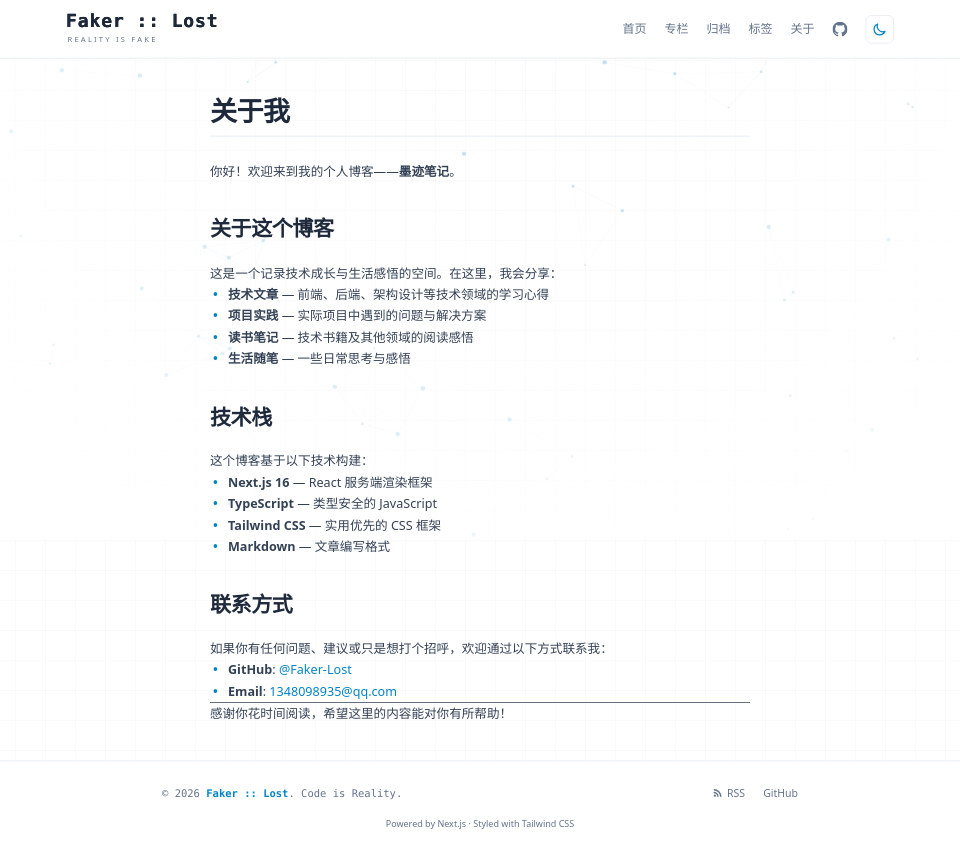
Repository: Faker-Lost/my-blog
Page: /about
The author's editor kept a copy of each file at every save. The page is drawn from the files as they stood at one save, then again after the next save.
The browser window is 1280 px wide. The pictures show the whole page, at 75% of full size.
The project was rebuilt for these pictures with package versions that can differ from the ones it lists, and the page was loaded fresh each time. The framework's server and built-in components were replaced by stand-ins that run in the browser. Also part of the build but not shown: next.config.ts.

Above is the page before, as saved 2026-02-10 15:09:22.

### app/layout.tsx
import type { Metadata } from "next";
import Header from "@/components/Header";
import Footer from "@/components/Footer";
import ParticleBackground from "@/components/ParticleBackground";
import { SpeedInsights } from "@vercel/speed-insights/next";
import "./globals.css";

export const metadata: Metadata = {
  title: {
    default: "Faker :: Lost",
    template: "%s | Faker :: Lost",
  },
  description: "Code is Reality. Reality is Fake. 技术探索与迷失记录。",
  keywords: ["Faker-Lost", "博客", "技术", "C++", "Qt", "OpenCV"],
  authors: [{ name: "Faker-Lost" }],
  openGraph: {
    type: "website",
    locale: "zh_CN",
    siteName: "Faker :: Lost",
  },
  verification: {
    other: {
      "baidu-site-verification": "codeva-wALds0TuPo",
    },
  },
};

export default function RootLayout({
  children,
}: Readonly<{
  children: React.ReactNode;
}>) {
  return (
    <html lang="zh-CN" suppressHydrationWarning>
      <head>
        {/* 防止 FOUC - 提前应用主题 */}
        <script
          dangerouslySetInnerHTML={{
            __html: `
              (function() {
                try {
                  var darkMode = localStorage.getItem('darkMode');
                  if (darkMode === 'true' || (!darkMode && window.matchMedia('(prefers-color-scheme: dark)').matches)) {
                    document.documentElement.classList.add('dark');
                  }
                } catch (e) {}
              })();
            `,
          }}
        />
      </head>
      <body className="min-h-screen flex flex-col relative">
        <ParticleBackground />
        <Header />
        <main className="flex-1">
          {children}
        </main>
        <Footer />
        <SpeedInsights />
      </body>
    </html>
  );
}

### app/about/page.tsx
import { Metadata } from 'next';

export const metadata: Metadata = {
  title: '关于',
  description: '了解更多关于我和这个博客的信息',
};

export default function AboutPage() {
  return (
    <div className="max-w-3xl mx-auto px-6 py-12 page-transition">
      <article className="prose">
        <h1>关于我</h1>

        <p>
          你好！欢迎来到我的个人博客——<strong>墨迹笔记</strong>。
        </p>

        <h2>关于这个博客</h2>

        <p>
          这是一个记录技术成长与生活感悟的空间。在这里，我会分享：
        </p>

        <ul>
          <li><strong>技术文章</strong> — 前端、后端、架构设计等技术领域的学习心得</li>
          <li><strong>项目实践</strong> — 实际项目中遇到的问题与解决方案</li>
          <li><strong>读书笔记</strong> — 技术书籍及其他领域的阅读感悟</li>
          <li><strong>生活随笔</strong> — 一些日常思考与感悟</li>
        </ul>

        <h2>技术栈</h2>

        <p>
          这个博客基于以下技术构建：
        </p>

        <ul>
          <li><strong>Next.js 16</strong> — React 服务端渲染框架</li>
          <li><strong>TypeScript</strong> — 类型安全的 JavaScript</li>
          <li><strong>Tailwind CSS</strong> — 实用优先的 CSS 框架</li>
          <li><strong>Markdown</strong> — 文章编写格式</li>
        </ul>

        <h2>联系方式</h2>

        <p>
          如果你有任何问题、建议或只是想打个招呼，欢迎通过以下方式联系我：
        </p>

        <ul>
          <li>
            <strong>GitHub</strong>:{' '}
            <a href="https://github.com/Faker-Lost" target="_blank" rel="noopener noreferrer">
              @Faker-Lost
            </a>
          </li>
          <li>
            <strong>Email</strong>: <a href="mailto:1348098935@qq.com">1348098935@qq.com</a>
          </li>
        </ul>

        <hr />

        <p>
          感谢你花时间阅读，希望这里的内容能对你有所帮助！
        </p>
      </article>
    </div>
  );
}

### components/Header.tsx
import Link from 'next/link';
import ThemeToggle from './ThemeToggle';
import GlitchText from './GlitchText';

export default function Header() {
  return (
    <header className="sticky top-0 z-50 border-b border-[var(--border)] bg-[var(--header-bg)] backdrop-blur-md supports-[backdrop-filter]:bg-opacity-60 transition-all duration-300">
      <div className="max-w-6xl mx-auto px-6 py-4 flex items-center justify-between">
        {/* Logo / 站点名称 */}
        <Link href="/" className="group flex flex-col items-start gap-1">
          <span
            className="text-2xl font-bold tracking-tighter text-[var(--foreground)]
                       group-hover:text-[var(--accent)] transition-colors leading-none font-mono"
          >
            <GlitchText text="Faker :: Lost" />
          </span>
          <span className="text-[10px] uppercase tracking-[0.3em] text-[var(--muted)] pl-0.5">
            REALITY IS FAKE
          </span>
        </Link>

        {/* 导航 */}
        <nav className="flex items-center gap-5 sm:gap-6">
          <Link
            href="/"
            className="text-[var(--muted)] hover:text-[var(--foreground)] transition-colors"
          >
            首页
          </Link>
          <Link
            href="/series"
            className="text-[var(--muted)] hover:text-[var(--foreground)] transition-colors"
          >
            专栏
          </Link>
          <Link
            href="/archive"
            className="text-[var(--muted)] hover:text-[var(--foreground)] transition-colors"
          >
            归档
          </Link>
          <Link
            href="/tags"
            className="text-[var(--muted)] hover:text-[var(--foreground)] transition-colors"
          >
            标签
          </Link>
          <Link
            href="/about"
            className="text-[var(--muted)] hover:text-[var(--foreground)] transition-colors"
          >
            关于
          </Link>
          <a
            href="https://github.com/Faker-Lost"
            target="_blank"
            rel="noopener noreferrer"
            className="text-[var(--muted)] hover:text-[var(--foreground)] transition-colors"
            aria-label="GitHub"
          >
            <svg className="w-5 h-5" fill="currentColor" viewBox="0 0 24 24">
              <path d="M12 0c-6.626 0-12 5.373-12 12 0 5.302 3.438 9.8 8.207 11.387.599.111.793-.261.793-.577v-2.234c-3.338.726-4.033-1.416-4.033-1.416-.546-1.387-1.333-1.756-1.333-1.756-1.089-.745.083-.729.083-.729 1.205.084 1.839 1.237 1.839 1.237 1.07 1.834 2.807 1.304 3.492.997.107-.775.418-1.305.762-1.604-2.665-.305-5.467-1.334-5.467-5.931 0-1.311.469-2.381 1.236-3.221-.124-.303-.535-1.524.117-3.176 0 0 1.008-.322 3.301 1.23.957-.266 1.983-.399 3.003-.404 1.02.005 2.047.138 3.006.404 2.291-1.552 3.297-1.23 3.297-1.23.653 1.653.242 2.874.118 3.176.77.84 1.235 1.911 1.235 3.221 0 4.609-2.807 5.624-5.479 5.921.43.372.823 1.102.823 2.222v3.293c0 .319.192.694.801.576 4.765-1.589 8.199-6.086 8.199-11.386 0-6.627-5.373-12-12-12z" />
            </svg>
          </a>
          <ThemeToggle />
        </nav>
      </div>
    </header>
  );
}

### components/Footer.tsx
import Link from 'next/link';

export default function Footer() {
  const currentYear = new Date().getFullYear();

  return (
    <footer className="border-t border-[var(--border)] bg-[var(--background)] mt-auto">
      <div className="max-w-4xl mx-auto px-6 py-8">
        <div className="flex flex-col md:flex-row items-center justify-between gap-4">
          {/* 版权信息 */}
          <p className="text-sm font-mono text-[var(--muted)]">
            © {currentYear} <span className="font-bold text-[var(--accent)]">Faker :: Lost</span>. Code is Reality.
          </p>

          {/* 链接 */}
          <div className="flex items-center gap-6 text-sm">
            <Link
              href="/rss.xml"
              className="text-[var(--muted)] hover:text-[var(--accent)] transition-colors flex items-center gap-1"
            >
              <svg className="w-4 h-4" fill="currentColor" viewBox="0 0 24 24">
                <path d="M6.18 15.64a2.18 2.18 0 0 1 2.18 2.18C8.36 19 7.38 20 6.18 20C5 20 4 19 4 17.82a2.18 2.18 0 0 1 2.18-2.18M4 4.44A15.56 15.56 0 0 1 19.56 20h-2.83A12.73 12.73 0 0 0 4 7.27V4.44m0 5.66a9.9 9.9 0 0 1 9.9 9.9h-2.83A7.07 7.07 0 0 0 4 12.93V10.1z" />
              </svg>
              RSS
            </Link>
            <a
              href="https://github.com"
              target="_blank"
              rel="noopener noreferrer"
              className="text-[var(--muted)] hover:text-[var(--accent)] transition-colors"
            >
              GitHub
            </a>
          </div>
        </div>

        {/* 技术栈标识 */}
        <p className="text-center text-xs text-[var(--muted)] mt-6">
          Powered by Next.js · Styled with Tailwind CSS
        </p>
      </div>
    </footer>
  );
}

### app/globals.css
@import "tailwindcss";

/* Enable class-based dark mode manually for v4 */
@custom-variant dark (&:where(.dark, .dark *));

:root {
  /* 浅色主题 - 现代极简 & 科技感 */
  --background: #ffffff;
  --foreground: #1e293b;
  /* Slate-800 */
  --accent: #0284c7;
  /* Sky-600 */
  --accent-glow: rgba(2, 132, 199, 0.4);
  --muted: #64748b;
  /* Slate-500 */
  --border: #e2e8f0;
  /* Slate-200 */
  --card: rgba(255, 255, 255, 0.8);
  /* 半透明白 */
  --header-bg: rgba(255, 255, 255, 0.75);
  --grid-color: rgba(0, 0, 0, 0.02);
  /* 极淡网格 */

  --font-sans: system-ui, -apple-system, BlinkMacSystemFont, 'Segoe UI', Roboto, 'Helvetica Neue', Arial, sans-serif;
  --font-mono: 'JetBrains Mono', 'Fira Code', Consolas, monospace;
}

@theme {
  --color-background: var(--background);
  --color-foreground: var(--foreground);
  --color-accent: var(--accent);
  --color-muted: var(--muted);
  --color-border: var(--border);
  --color-card: var(--card);
  --font-sans: var(--font-sans);
  --font-mono: var(--font-mono);
}

/* 暗黑主题 */
.dark {
  --background: #09090b;
  /* Zinc-950 */
  --foreground: #e2e8f0;
  /* Slate-200 */
  --accent: #22d3ee;
  /* Cyan-400 */
  --accent-glow: rgba(34, 211, 238, 0.3);
  --muted: #94a3b8;
  /* Slate-400 */
  --border: #27272a;
  /* Zinc-800 */
  --card: rgba(24, 24, 27, 0.6);
  --header-bg: rgba(9, 9, 11, 0.7);
  --grid-color: rgba(255, 255, 255, 0.02);
}

body {
  background-color: var(--background);
  /* 保留极淡的背景网格，作为唯一的主题特征 */
  background-image:
    linear-gradient(var(--grid-color) 1px, transparent 1px),
    linear-gradient(90deg, var(--grid-color) 1px, transparent 1px);
  background-size: 40px 40px;
  background-position: center top;

  color: var(--foreground);
  font-family: var(--font-sans);
  line-height: 1.7;
  transition: background-color 0.3s ease, color 0.3s ease;
  min-height: 100vh;
}

body::before {
  content: "";
  position: fixed;
  top: 0;
  left: 0;
  width: 100%;
  height: 100%;
  pointer-events: none;
  background: radial-gradient(circle at 50% 0%, transparent 0%, var(--background) 100%);
  z-index: -1;
}

/* 标题样式 - 回归经典，只保留字体特色 */
h1,
h2,
h3,
h4,
h5,
h6 {
  font-family: var(--font-mono);
  font-weight: 700;
  letter-spacing: -0.02em;
  color: var(--foreground);
}

/* Prose (文章内容) - 还原经典墨迹笔记排版 */
.prose {
  /* 颜色 */
  --tw-prose-body: #334155;
  --tw-prose-headings: #0f172a;
  --tw-prose-links: var(--accent);
  --tw-prose-code: var(--accent);
  --tw-prose-quotes: var(--muted);

  font-size: 1.05rem;
  max-width: none;
  font-weight: 450;
  color: var(--tw-prose-body);

  /* 无边框、无背景、纯净阅读 */
  background: transparent;
  padding: 0;
  border: none;
  border-radius: 0;
  box-shadow: none;
}

.dark .prose {
  --tw-prose-body: #cbd5e1;
  --tw-prose-headings: #f1f5f9;
}

/* 标题 - 去掉修饰，回归纯粹 */
.prose h1 {
  font-size: 2.25rem;
  padding-bottom: 0.5rem;
  border-bottom: 1px solid var(--border);
  margin-bottom: 2rem;
  margin-top: 0;
  line-height: 1.3;
}

.prose h2 {
  font-size: 1.75rem;
  margin-top: 2.5rem;
  margin-bottom: 1.25rem;
  padding-left: 0;
  /* 移除左侧修饰线和 # 号 */
  border-left: none;
}

/* 移除之前的 # 号伪元素 */
.prose h2::before {
  content: none;
}

.prose h3 {
  font-size: 1.4rem;
  margin-top: 2rem;
  margin-bottom: 1rem;
}

/* 链接 - 经典样式 */
.prose a {
  color: var(--accent);
  text-decoration: none;
  border-bottom: 1px solid transparent;
  transition: border-color 0.2s;
}

.prose a:hover {
  border-bottom-color: var(--accent);
}

/* 引用块 - 经典竖线样式 */
.prose blockquote {
  border-left: 4px solid var(--border);
  /* 灰色竖线，更素雅 */
  background: transparent;
  /* 去掉背景色 */
  padding-left: 1rem;
  margin: 1.5rem 0;
  font-style: italic;
  color: var(--muted);
}

/* 表格样式 - 规规矩矩 */
.prose table {
  width: 100%;
  table-layout: auto;
  text-align: left;
  margin-top: 2em;
  margin-bottom: 2em;
  font-size: 0.95em;
  border-collapse: collapse;
  /* 合并边框 */
  border: 1px solid var(--border);
  /* 外边框 */
}

.prose thead {
  border-bottom: 2px solid var(--border);
  background-color: rgba(0, 0, 0, 0.02);
  /* 极淡的表头背景 */
}

.dark .prose thead {
  background-color: rgba(255, 255, 255, 0.05);
}

.prose th {
  color: var(--foreground);
  font-weight: 600;
  padding: 0.75rem 1rem;
  vertical-align: bottom;
  border-right: 1px solid var(--border);
  /* 竖向分隔线 */
}

.prose th:last-child {
  border-right: none;
}

.prose td {
  padding: 0.75rem 1rem;
  vertical-align: top;
  border-bottom: 1px solid var(--border);
  /* 横向分隔线 */
  border-right: 1px solid var(--border);
  /* 竖向分隔线 */
}

.prose td:last-child {
  border-right: none;
}

.prose tr:last-child td {
  border-bottom: none;
}

/* 列表样式 */
.prose ul>li {
  position: relative;
  padding-left: 1.5rem;
}

.prose ul>li::marker {
  color: var(--muted);
  /* 还原默认圆点颜色 */
  content: "";
  /* 使用默认样式或者设为圆点 */
}

.prose ul>li::before {
  content: "•";
  position: absolute;
  left: 0.25rem;
  color: var(--accent);
  font-weight: bold;
}

/* 代码块 - 保持深色，对比度高 */
.prose pre {
  background: #0f172a !important;
  color: #f1f5f9 !important;
  border: 1px solid #1e293b;
  border-radius: 6px;
  margin: 1.5rem 0;
  padding: 1rem;
  overflow-x: auto;
  font-family: var(--font-mono);
  font-size: 0.9rem;
  line-height: 1.6;
}

.prose :not(pre)>code {
  background: rgba(125, 211, 252, 0.1);
  color: var(--accent);
  font-family: var(--font-mono);
  padding: 0.2rem 0.4rem;
  border-radius: 4px;
}

/* 图片 */
.prose img {
  border-radius: 0;
  /* 直角图片 */
  border: 1px solid var(--border);
  margin: 2rem auto;
}

/* Glitch Effect - 用于 Logo - 修复：移除背景色 */
.glitch-wrapper {
  position: relative;
  display: inline-block;
}

.glitch {
  position: relative;
  color: var(--foreground);
}

.glitch:before,
.glitch:after {
  content: attr(data-text);
  position: absolute;
  top: 0;
  left: 0;
  width: 100%;
  height: 100%;
  /* background: var(--background); 移除背景颜色，修复 Logo 有白底的问题 */
}

.group:hover .glitch:before {
  color: #0ff;
  z-index: 2;
  opacity: 1;
  animation: glitch-anim-1 0.3s infinite linear alternate-reverse;
}

.group:hover .glitch:after {
  color: #f0f;
  z-index: 1;
  opacity: 1;
  animation: glitch-anim-2 0.3s infinite linear alternate-reverse;
}

@keyframes glitch-anim-1 {
  0% {
    clip-path: inset(20% 0 80% 0);
    transform: translate(-2px, 1px);
  }

  20% {
    clip-path: inset(60% 0 10% 0);
    transform: translate(2px, -1px);
  }

  40% {
    clip-path: inset(40% 0 50% 0);
    transform: translate(-2px, 2px);
  }

  60% {
    clip-path: inset(80% 0 5% 0);
    transform: translate(2px, -2px);
  }

  80% {
    clip-path: inset(10% 0 70% 0);
    transform: translate(-1px, 1px);
  }

  100% {
    clip-path: inset(30% 0 20% 0);
    transform: translate(1px, -1px);
  }
}

@keyframes glitch-anim-2 {
  0% {
    clip-path: inset(15% 0 60% 0);
    transform: translate(2px, 1px);
  }

  20% {
    clip-path: inset(50% 0 30% 0);
    transform: translate(-2px, -1px);
  }

  40% {
    clip-path: inset(20% 0 70% 0);
    transform: translate(2px, 2px);
  }

  60% {
    clip-path: inset(70% 0 10% 0);
    transform: translate(-2px, -2px);
  }

  80% {
    clip-path: inset(10% 0 40% 0);
    transform: translate(1px, 1px);
  }

  100% {
    clip-path: inset(40% 0 20% 0);
    transform: translate(-1px, -1px);
  }
}

### components/ThemeToggle.tsx
'use client';

import { useEffect, useState } from 'react';

export default function ThemeToggle() {
  const [darkMode, setDarkMode] = useState(false);
  const [mounted, setMounted] = useState(false);

  useEffect(() => {
    setMounted(true);
    // 检查本地存储或系统偏好
    const stored = localStorage.getItem('darkMode');
    if (stored !== null) {
      setDarkMode(stored === 'true');
    } else {
      setDarkMode(window.matchMedia('(prefers-color-scheme: dark)').matches);
    }
  }, []);

  useEffect(() => {
    if (mounted) {
      if (darkMode) {
        document.documentElement.classList.add('dark');
      } else {
        document.documentElement.classList.remove('dark');
      }
      localStorage.setItem('darkMode', String(darkMode));
    }
  }, [darkMode, mounted]);

  // 防止 hydration 不匹配
  if (!mounted) {
    return (
      <button
        className="p-2 rounded-lg bg-[var(--card)] border border-[var(--border)]"
        aria-label="切换主题"
      >
        <span className="w-5 h-5 block" />
      </button>
    );
  }

  return (
    <button
      onClick={() => setDarkMode(!darkMode)}
      className="p-2 rounded-lg bg-[var(--card)] border border-[var(--border)]
                 hover:border-[var(--accent)] transition-colors"
      aria-label={darkMode ? '切换到浅色模式' : '切换到暗黑模式'}
    >
      {darkMode ? (
        // 太阳图标
        <svg
          className="w-5 h-5 text-[var(--accent)]"
          fill="none"
          stroke="currentColor"
          viewBox="0 0 24 24"
        >
          <path
            strokeLinecap="round"
            strokeLinejoin="round"
            strokeWidth={2}
            d="M12 3v1m0 16v1m9-9h-1M4 12H3m15.364 6.364l-.707-.707M6.343 6.343l-.707-.707m12.728 0l-.707.707M6.343 17.657l-.707.707M16 12a4 4 0 11-8 0 4 4 0 018 0z"
          />
        </svg>
      ) : (
        // 月亮图标
        <svg
          className="w-5 h-5 text-[var(--accent)]"
          fill="none"
          stroke="currentColor"
          viewBox="0 0 24 24"
        >
          <path
            strokeLinecap="round"
            strokeLinejoin="round"
            strokeWidth={2}
            d="M20.354 15.354A9 9 0 018.646 3.646 9.003 9.003 0 0012 21a9.003 9.003 0 008.354-5.646z"
          />
        </svg>
      )}
    </button>
  );
}

### components/GlitchText.tsx
import React from 'react';

interface GlitchTextProps {
  text: string;
  className?: string; // Allow additional styling
}

export default function GlitchText({ text, className = '' }: GlitchTextProps) {
  return (
    <div className={`glitch-wrapper ${className}`}>
      <div
        className="glitch relative font-bold tracking-wider"
        data-text={text}
      >
        {text}
      </div>
    </div>
  );
}

Loaded but not shown: components/ParticleBackground.tsx (172 lines, source omitted)

After the next save:
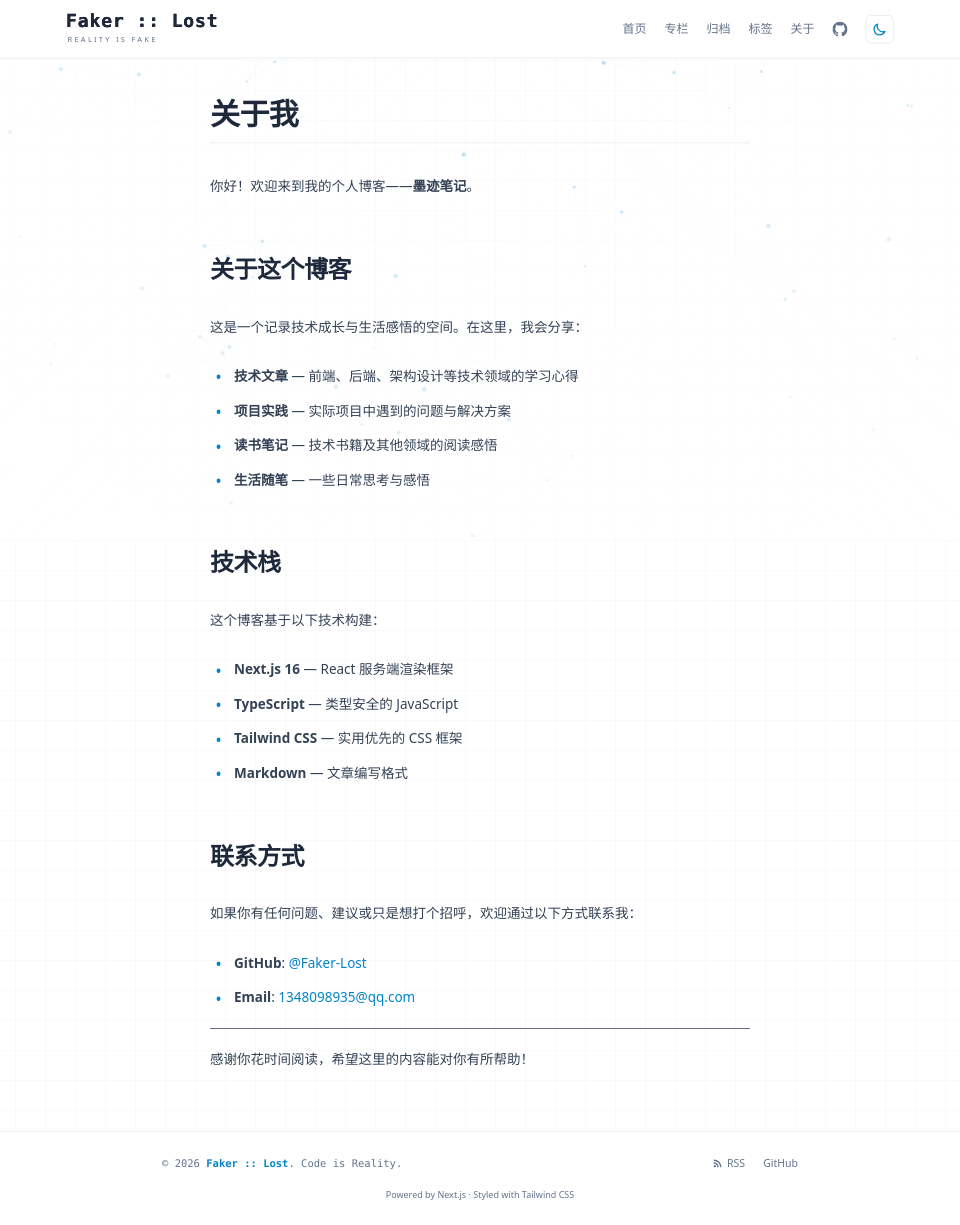
Saved 52 s later.
--- a/app/globals.css
+++ b/app/globals.css
@@ -95,7 +95,7 @@ h6 {
   color: var(--foreground);
 }
 
-/* Prose (文章内容) - 还原经典墨迹笔记排版 */
+/* Prose (文章内容) - 还原经典墨迹笔记排版 + 增加呼吸感 */
 .prose {
   /* 颜色 */
   --tw-prose-body: #334155;
@@ -104,10 +104,13 @@ h6 {
   --tw-prose-code: var(--accent);
   --tw-prose-quotes: var(--muted);
 
-  font-size: 1.05rem;
+  font-size: 1.125rem;
+  /* 字号加大到 18px */
   max-width: none;
   font-weight: 450;
   color: var(--tw-prose-body);
+  line-height: 1.9;
+  /* 行高增加 */
 
   /* 无边框、无背景、纯净阅读 */
   background: transparent;
@@ -117,39 +120,44 @@ h6 {
   box-shadow: none;
 }
 
+/* 增加段落间距 */
+.prose p {
+  margin-bottom: 1.75em;
+  margin-top: 1.25em;
+}
+
 .dark .prose {
   --tw-prose-body: #cbd5e1;
   --tw-prose-headings: #f1f5f9;
 }
 
-/* 标题 - 去掉修饰，回归纯粹 */
+/* 标题 - 增加间距 */
 .prose h1 {
-  font-size: 2.25rem;
-  padding-bottom: 0.5rem;
+  font-size: 2.5rem;
+  padding-bottom: 0.75rem;
   border-bottom: 1px solid var(--border);
-  margin-bottom: 2rem;
+  margin-bottom: 2.5rem;
   margin-top: 0;
   line-height: 1.3;
 }
 
 .prose h2 {
-  font-size: 1.75rem;
+  font-size: 2rem;
+  margin-top: 4rem;
+  /* 增加 h2 顶部间距 */
+  margin-bottom: 1.75rem;
+  padding-left: 0;
+  border-left: none;
+}
+
+.prose h2::before {
+  content: none;
+}
+
+.prose h3 {
+  font-size: 1.5rem;
   margin-top: 2.5rem;
   margin-bottom: 1.25rem;
-  padding-left: 0;
-  /* 移除左侧修饰线和 # 号 */
-  border-left: none;
-}
-
-/* 移除之前的 # 号伪元素 */
-.prose h2::before {
-  content: none;
-}
-
-.prose h3 {
-  font-size: 1.4rem;
-  margin-top: 2rem;
-  margin-bottom: 1rem;
 }
 
 /* 链接 - 经典样式 */
@@ -164,36 +172,31 @@ h6 {
   border-bottom-color: var(--accent);
 }
 
-/* 引用块 - 经典竖线样式 */
+/* 引用块 - 增加间距 */
 .prose blockquote {
   border-left: 4px solid var(--border);
-  /* 灰色竖线，更素雅 */
   background: transparent;
-  /* 去掉背景色 */
-  padding-left: 1rem;
-  margin: 1.5rem 0;
+  padding-left: 1.25rem;
+  margin: 2.5rem 0;
   font-style: italic;
   color: var(--muted);
 }
 
-/* 表格样式 - 规规矩矩 */
+/* 表格样式 - 增加单元格内边距 */
 .prose table {
   width: 100%;
   table-layout: auto;
   text-align: left;
-  margin-top: 2em;
-  margin-bottom: 2em;
+  margin-top: 3em;
+  margin-bottom: 3em;
   font-size: 0.95em;
   border-collapse: collapse;
-  /* 合并边框 */
   border: 1px solid var(--border);
-  /* 外边框 */
 }
 
 .prose thead {
   border-bottom: 2px solid var(--border);
   background-color: rgba(0, 0, 0, 0.02);
-  /* 极淡的表头背景 */
 }
 
 .dark .prose thead {
@@ -203,10 +206,10 @@ h6 {
 .prose th {
   color: var(--foreground);
   font-weight: 600;
-  padding: 0.75rem 1rem;
+  padding: 1rem 1.25rem;
+  /* 增加 Padding */
   vertical-align: bottom;
   border-right: 1px solid var(--border);
-  /* 竖向分隔线 */
 }
 
 .prose th:last-child {
@@ -214,12 +217,11 @@ h6 {
 }
 
 .prose td {
-  padding: 0.75rem 1rem;
+  padding: 1rem 1.25rem;
+  /* 增加 Padding */
   vertical-align: top;
   border-bottom: 1px solid var(--border);
-  /* 横向分隔线 */
   border-right: 1px solid var(--border);
-  /* 竖向分隔线 */
 }
 
 .prose td:last-child {
@@ -230,39 +232,51 @@ h6 {
   border-bottom: none;
 }
 
-/* 列表样式 */
-.prose ul>li {
+/* 列表样式 - 增加间距 */
+.prose ul,
+.prose ol {
+  margin-top: 1.5rem;
+  margin-bottom: 1.5rem;
+  padding-left: 1.5rem;
+  /* 增加缩进 */
+}
+
+.prose ul>li,
+.prose ol>li {
   position: relative;
-  padding-left: 1.5rem;
+  padding-left: 0.5rem;
+  margin-bottom: 0.75rem;
+  /* 增加列表项间距 */
 }
 
 .prose ul>li::marker {
   color: var(--muted);
-  /* 还原默认圆点颜色 */
   content: "";
-  /* 使用默认样式或者设为圆点 */
 }
 
 .prose ul>li::before {
   content: "•";
   position: absolute;
-  left: 0.25rem;
+  left: -1rem;
+  /* 调整圆点位置 */
+  top: 0.1em;
   color: var(--accent);
   font-weight: bold;
 }
 
-/* 代码块 - 保持深色，对比度高 */
+/* 代码块 - 增加边距 */
 .prose pre {
   background: #0f172a !important;
   color: #f1f5f9 !important;
   border: 1px solid #1e293b;
   border-radius: 6px;
-  margin: 1.5rem 0;
-  padding: 1rem;
+  margin: 2.5rem 0;
+  /* 增加上下间距 */
+  padding: 1.25rem 1.5rem;
   overflow-x: auto;
   font-family: var(--font-mono);
-  font-size: 0.9rem;
-  line-height: 1.6;
+  font-size: 0.95rem;
+  line-height: 1.7;
 }
 
 .prose :not(pre)>code {
@@ -273,15 +287,14 @@ h6 {
   border-radius: 4px;
 }
 
-/* 图片 */
+/* 图片 - 增加上下间距 */
 .prose img {
   border-radius: 0;
-  /* 直角图片 */
   border: 1px solid var(--border);
-  margin: 2rem auto;
-}
-
-/* Glitch Effect - 用于 Logo - 修复：移除背景色 */
+  margin: 3rem auto;
+}
+
+/* Glitch Effect - 用于 Logo */
 .glitch-wrapper {
   position: relative;
   display: inline-block;
@@ -300,7 +313,6 @@ h6 {
   left: 0;
   width: 100%;
   height: 100%;
-  /* background: var(--background); 移除背景颜色，修复 Logo 有白底的问题 */
 }
 
 .group:hover .glitch:before {
